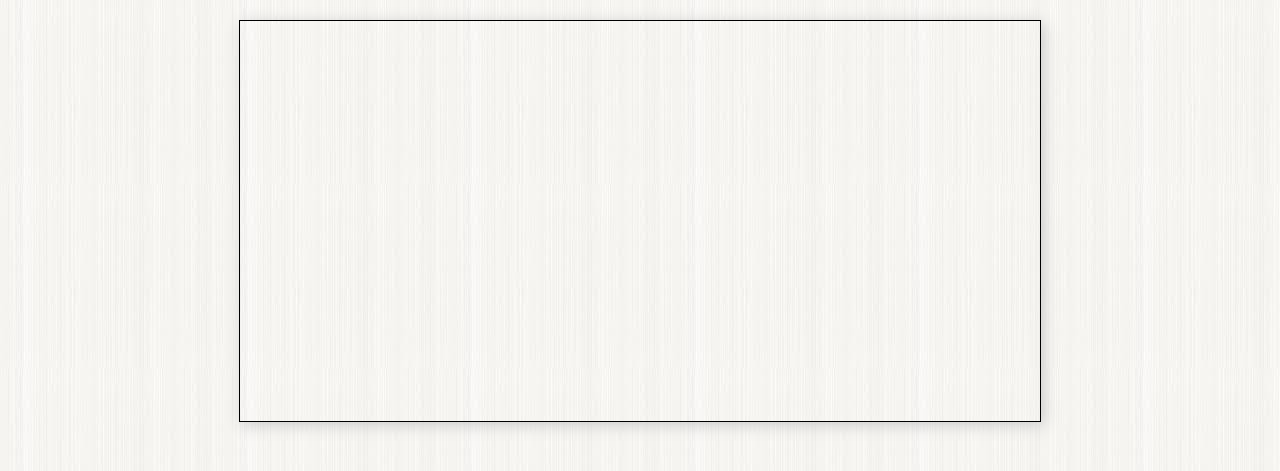
Repository: lauroPereira/study
Page: http://localhost/modules/home/home.php
The author's editor kept a copy of each file at every save. The page is drawn from the files as they stood at one save, then again after the next save.
The browser window is 1280 px wide. The pictures show the whole page.
The page is run by PHP 8.4 with error messages shown; the project is at /var/www/html/.

Above is the page before, as saved 2016-06-14 04:24:01.

After the next save:
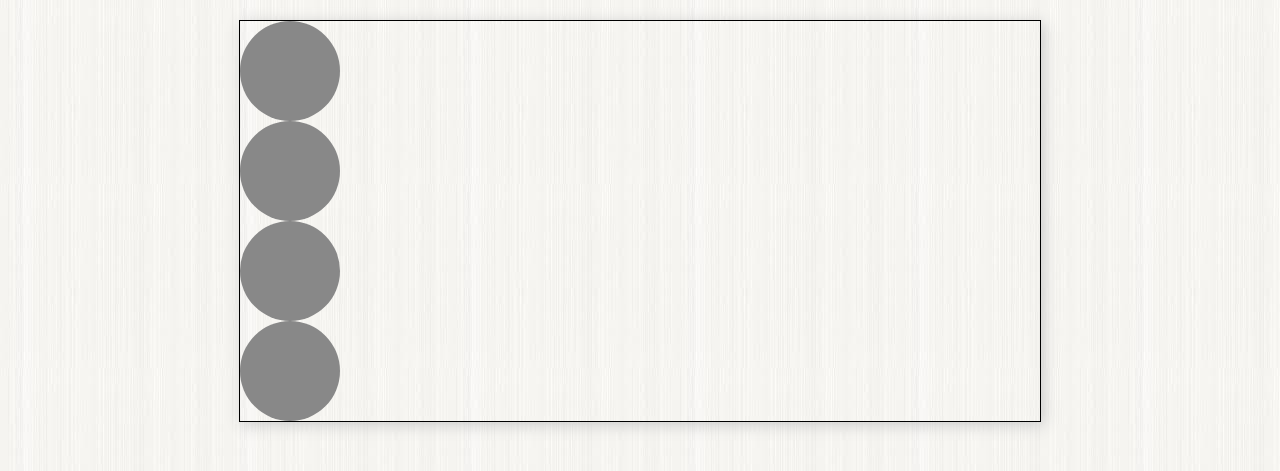
Saved 31 s later.
--- a/TrabalhoFinalWeb/css/home.css
+++ b/TrabalhoFinalWeb/css/home.css
@@ -8,7 +8,7 @@
 }
 
 #carousel div{
-	hieght: 100px;
+	height: 100px;
 	width: 100px;
 	border-radius: 50%;
 	background-color: #888;

After the save that followed:
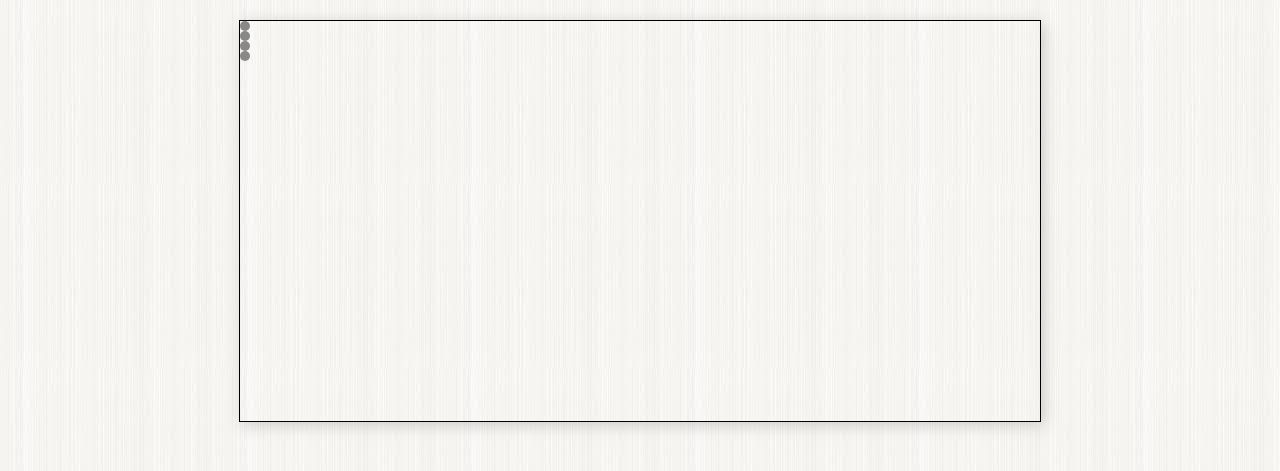
Saved 10 s later.
--- a/TrabalhoFinalWeb/css/home.css
+++ b/TrabalhoFinalWeb/css/home.css
@@ -8,8 +8,8 @@
 }
 
 #carousel div{
-	height: 100px;
-	width: 100px;
+	height: 10px;
+	width: 10px;
 	border-radius: 50%;
 	background-color: #888;
 }
